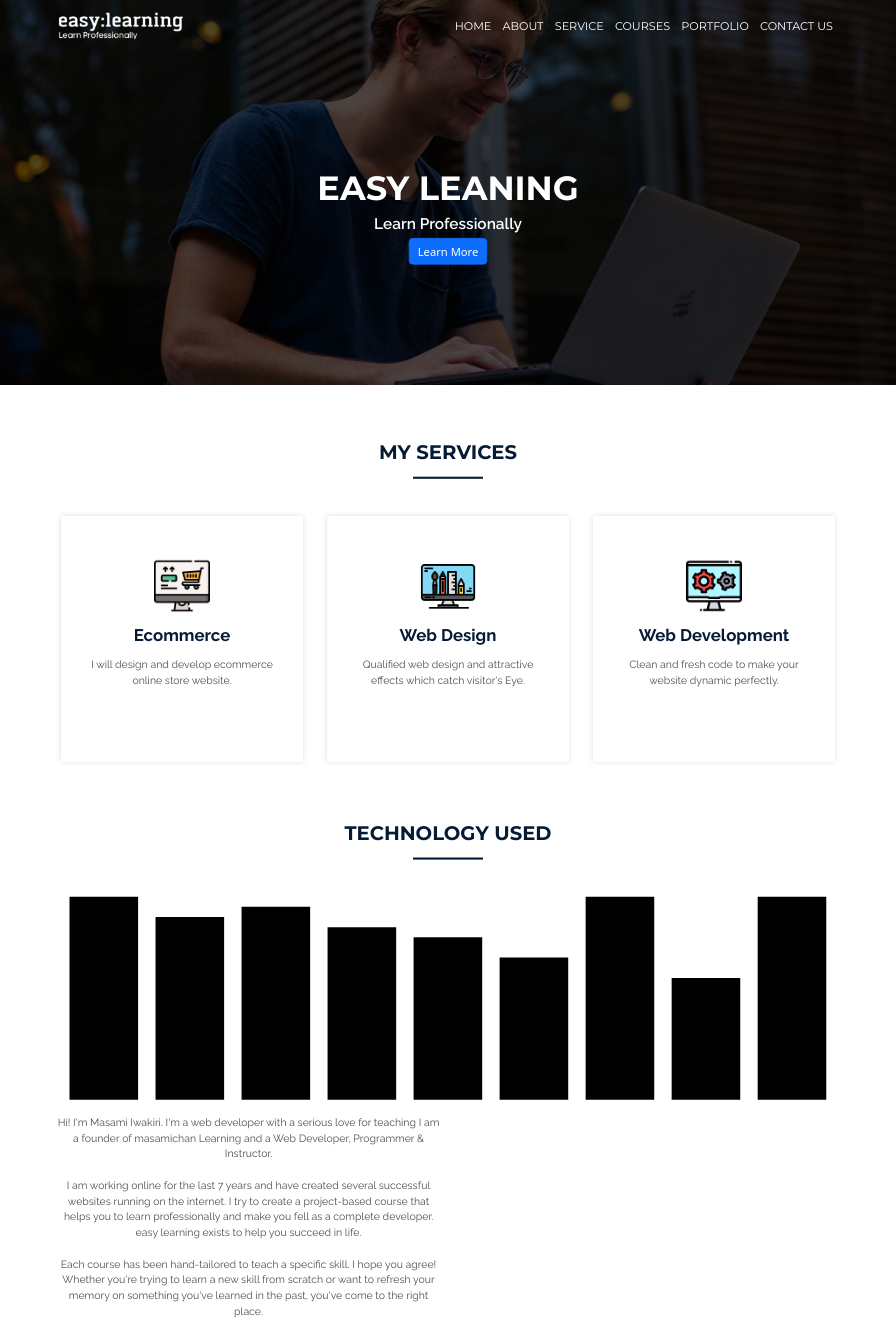
Repository: masamichan/free_video_app
Page: /
An editor plug-in stored every save of this project. The page is shown before and after the next save, followed by the edit.
The browser window is 1280 px wide. The pictures show the whole page, at 70% of full size.
Backgrounds fixed to the window are drawn as part of the page. The project was rebuilt for these pictures with package versions that can differ from the ones it lists, and the page was loaded fresh each time.

Above is the page before, as saved 2023-01-29 09:59:39.

After the next save:
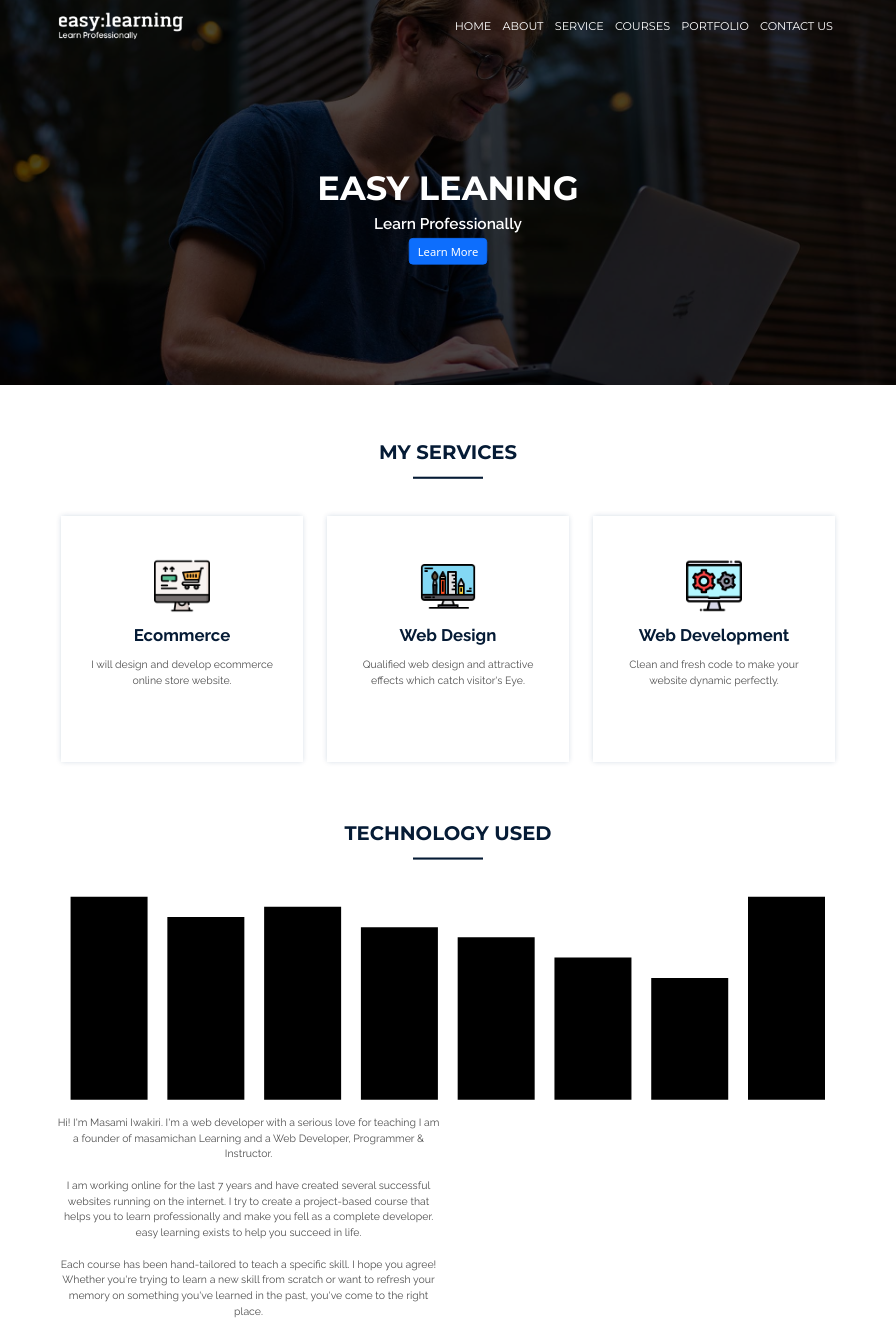
Saved 4 min 6 s later.
--- a/src/components/Analysis/Analysis.jsx
+++ b/src/components/Analysis/Analysis.jsx
@@ -13,8 +13,7 @@ export class Analysis extends Component {
         { Technology: "React", Projects: 85 },
         { Technology: "OpenCart", Projects: 80 },
         { Technology: "Vue js", Projects: 70 },
-        { Technology: "Django", Projects: 100 },
-        { Technology: "PHP", Projects: 60 },
+        { Technology: "Django", Projects: 60 },
         { Technology: "JavaScript", Projects: 100 },
       ],
     };
